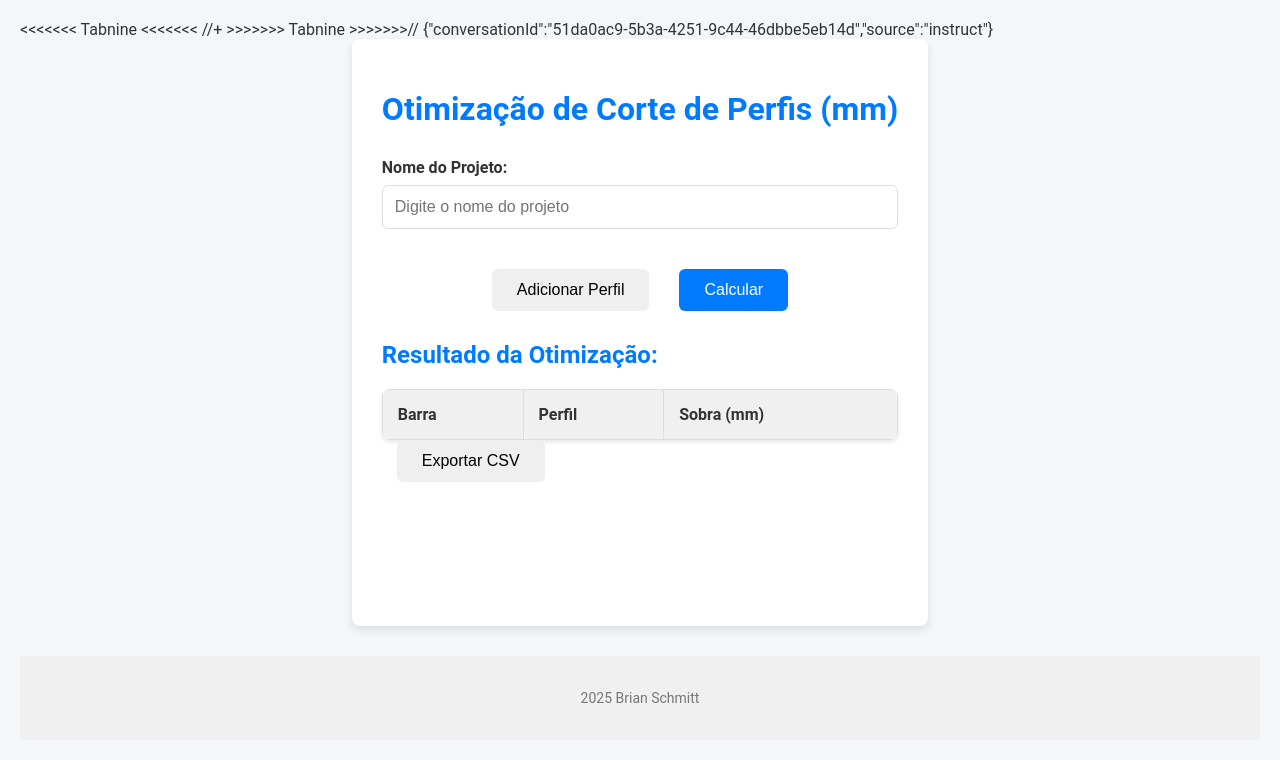
Repository: brianbebop/aqui
Page: index.html
These files come from the project's save history. The page is drawn as it stood at one moment and after the next save; the edit follows.
The browser window is 1280 px wide. The pictures show the whole page.

Above is the page before, as saved 2025-03-22 21:52:28.

### index.html
<!DOCTYPE html>
<<<<<<< Tabnine <<<<<<<

<html lang="pt">//+
>>>>>>> Tabnine >>>>>>>// {"conversationId":"51da0ac9-5b3a-4251-9c44-46dbbe5eb14d","source":"instruct"}
<head>
    <title>Otimização de Corte de Perfis (mm)</title>
    <meta charset="UTF-8">
    <meta name="viewport" content="width=device-width, initial-scale=1.0">
    <link rel="stylesheet" href="style.css">
</head>
<body>
    <div class="container">
        <h1 class="page-title">Otimização de Corte de Perfis (mm)</h1>
        <div class="project-info">
            <label for="nomeProjeto" class="form-label">Nome do Projeto:</label>
            <input type="text" id="nomeProjeto" class="form-input" placeholder="Digite o nome do projeto">
        </div>
        <div id="perfis" class="perfis-container">
            </div>
        <div class="button-container">
            <button id="adicionarPerfil" class="btn btn-add-perfil">Adicionar Perfil</button>
            <button id="calcular" class="btn btn-calculate">Calcular</button>
        </div>
        <div id="resultado" class="result-container">
            <h2 class="result-title">Resultado da Otimização:</h2>
            <table id="resumoBarras" class="result-table">
                <thead>
                    <tr>
                        <th class="table-header">Barra</th>
                        <th class="table-header">Perfil</th>
                        <th class="table-header">Sobra (mm)</th>
                    </tr>
                </thead>
                <tbody>
                    </tbody>
            </table>
            <button id="exportarCSV" class="btn btn-export">Exportar CSV</button>
        </div>
    </div>

    <footer class="footer">
        <p> 2025 Brian Schmitt</p>
    </footer>

    <script src="script.js"></script>
</body>
</html>

### style.css
:root {
    --primary-color: #007bff;
    --background-color: #f4f4f4;
    --text-color: #333;
    --border-color: #ddd;
}
/* Estilos gerais */
body {
    font-family: 'Roboto', sans-serif;
    margin: 0;
    padding: 20px;
    background-color: #f4f7f9;
    color: #333;
    display: flex;
    flex-direction: column;
    min-height: 100vh;
    margin: 0;
}

.container {
    max-width: 800px;
    margin: 0 auto;
    background-color: white;
    padding: 30px;
    border-radius: 8px;
    box-shadow: 0 4px 8px rgba(0, 0, 0, 0.1);
    flex-grow: 1;
}

.page-title {
    text-align: center;
    color: #007bff;
    margin-bottom: 30px;
}

.project-info {
    margin-bottom: 25px;
}

.form-label {
    display: block;
    margin-bottom: 8px;
    font-weight: 600;
}

.form-input {
    width: 100%;
    padding: 12px;
    border: 1px solid #ddd;
    border-radius: 6px;
    margin-bottom: 15px;
    box-sizing: border-box;
    font-size: 16px;
}

.perfis-container {
    margin-bottom: 25px;
}

.perfil {
    margin-bottom: 15px;
    display: flex;
    align-items: center;
    background-color: #f9f9f9;
    padding: 15px;
    border-radius: 6px;
}

.perfil label {
    margin-right: 15px;
    font-weight: 600;
}

.perfil input {
    flex-grow: 1;
    padding: 12px;
    border: 1px solid #ddd;
    border-radius: 6px;
    font-size: 16px;
}

.button-container {
    display: flex;
    justify-content: center;
    margin-bottom: 30px;
}

.btn {
    padding: 12px 25px;
    border: none;
    border-radius: 6px;
    cursor: pointer;
    margin: 0 15px;
    font-size: 16px;
    transition: background-color 0.3s ease;
}

.btn-calculate {
    background-color: #007bff;
    color: white;
}

.btn-calculate:hover {
    background-color: #0056b3;
}

.result-container {
    margin-top: 30px;
}

.result-title {
    font-size: 24px;
    margin-bottom: 20px;
    color: #007bff;
}

.result-table {
    width: 100%;
    border-collapse: collapse;
    border-radius: 8px;
    overflow: hidden;
    box-shadow: 0 2px 4px rgba(0, 0, 0, 0.1);
}

.table-header,
.result-table td {
    border: 1px solid #ddd;
    padding: 15px;
    text-align: left;
}

.table-header {
    background-color: #f0f0f0;
    font-weight: 600;
}

/* Estilos responsivos */
@media (max-width: 600px) {
    .perfil {
        flex-direction: column;
        align-items: stretch;
    }

    .perfil label {
        margin-right: 0;
        margin-bottom: 8px;
    }

    .button-container {
        flex-direction: column;
        align-items: center;
    }

    .btn {
        margin: 8px 0;
        width: 100%;
    }

    .table-header,
    .result-table td {
        font-size: 14px;
    }
}

.remover-perfil {
    background-color: #e91e63; /* Cor de fundo semelhante ao botão "Calcular" */
    color: white;
    border: none;
    padding: 8px 16px;
    border-radius: 4px;
    cursor: pointer;
    font-size: 14px;
    transition: background-color 0.3s ease;
}

.remover-perfil:hover {
    background-color: #c2185b; /* Cor de fundo mais escura no hover */
}
.footer {
    text-align: center;
    padding: 20px;
    background-color: #f0f0f0;
    margin-top: 30px;
    font-size: 14px;
    color: #777;

}
div:empty,
p:empty {
    display: none;
}

### script.js
const perfisDiv = document.getElementById('perfis');
const adicionarPerfilButton = document.getElementById('adicionarPerfil');
const calcularButton = document.getElementById('calcular');
const resultadoDiv = document.getElementById('resultado');
const resumoBarrasTabela = document.getElementById('resumoBarras').getElementsByTagName('tbody')[0];
const nomeProjetoInput = document.getElementById('nomeProjeto');
const exportarCSVButton = document.getElementById('exportarCSV');

let perfis = [];
let contadorPerfil = 0;

function calcularOtimizacao() {
    const tamanhoBarra = 6000;
    const perfisComTamanho = perfis
        .filter(perfil => perfil.input.value !== '') // Ignora perfis com valor vazio
        .map(perfil => ({
            id: perfil.id,
            tamanho: parseInt(perfil.input.value)
        }));

    // Função para encontrar a melhor combinação de perfis para uma barra
    function encontrarMelhorCombinacao(perfisRestantes, espacoLivre) {
        let melhorCombinacao = { perfis: [], sobra: espacoLivre };

        function combinar(combinacaoAtual, sobraAtual, indiceAtual) {
            if (sobraAtual < melhorCombinacao.sobra) {
                melhorCombinacao = { perfis: combinacaoAtual, sobra: sobraAtual };
            }

            if (indiceAtual < perfisRestantes.length) {
                const perfilAtual = perfisRestantes[indiceAtual];
                if (sobraAtual >= perfilAtual.tamanho) {
                    combinar(
                        [...combinacaoAtual, perfilAtual],
                        sobraAtual - perfilAtual.tamanho,
                        indiceAtual + 1
                    );
                }
                combinar(combinacaoAtual, sobraAtual, indiceAtual + 1);
            }
        }

        combinar([], espacoLivre, 0);
        return melhorCombinacao;
    }

    // Algoritmo de otimização

    const barras = [];
    let perfisRestantes = [...perfisComTamanho];
    while (perfisRestantes.length > 0) {
        const perfilAtual = perfisRestantes[0];
        if (perfilAtual.tamanho > tamanhoBarra) {
            // Divide o perfil em múltiplas barras
            const quantidadeBarras = Math.ceil(perfilAtual.tamanho / tamanhoBarra);
            for (let i = 0; i < quantidadeBarras; i++) {
                const tamanhoBarraAtual = Math.min(tamanhoBarra, perfilAtual.tamanho - i * tamanhoBarra);
                const barraAtual = { perfis: [{ ...perfilAtual, tamanho: tamanhoBarraAtual }], espacoLivre: tamanhoBarra - tamanhoBarraAtual };
                barras.push(barraAtual);

                // Tenta otimizar o espaço restante na barra atual
                if (barraAtual.espacoLivre > 0) {
                    const melhorCombinacao = encontrarMelhorCombinacao(perfisRestantes.filter(p => p !== perfilAtual), barraAtual.espacoLivre);
                    if (melhorCombinacao.perfis.length > 0) {
                        barraAtual.perfis = [...barraAtual.perfis, ...melhorCombinacao.perfis];
                        barraAtual.espacoLivre = melhorCombinacao.sobra;

                        // Remove os perfis utilizados da lista perfisRestantes
                        melhorCombinacao.perfis.forEach(perfilUsado => {
                            perfisRestantes = perfisRestantes.filter(perfil => perfil.id !== perfilUsado.id);
                        });
                    }
                }
            }
            perfisRestantes.shift(); // Remove o perfil dividido
        } else {
            // Encontra a melhor combinação para a barra
            const melhorCombinacao = encontrarMelhorCombinacao(perfisRestantes, tamanhoBarra);
            barras.push({ perfis: melhorCombinacao.perfis, espacoLivre: melhorCombinacao.sobra });
            perfisRestantes = perfisRestantes.filter(
                perfil => !melhorCombinacao.perfis.includes(perfil)
            );
        }
    }

    // Exibe o resultado na tabela
    resumoBarrasTabela.innerHTML = ''; // Limpa a tabela
    barras.forEach((barra, index) => {
        const novaLinha = resumoBarrasTabela.insertRow();
        const colunaBarra = novaLinha.insertCell(0);
        const colunaPerfis = novaLinha.insertCell(1);
        const colunaSobra = novaLinha.insertCell(2);

        colunaBarra.textContent = `Barra ${index + 1}`;
        colunaPerfis.textContent = barra.perfis.map(perfil => `${perfil.id} (${perfil.tamanho}mm)`).join(', ');
        colunaSobra.textContent = `${barra.espacoLivre} mm`;
    });

    // Exibe o nome do projeto
    const nomeProjeto = nomeProjetoInput.value;
    if (nomeProjeto) {
        document.querySelector('h1').textContent = `Otimização de Corte de Perfis (mm) - ${nomeProjeto}`;
    } else {
        document.querySelector('h1').textContent = `Otimização de Corte de Perfis (mm)`;
    }
}

adicionarPerfilButton.addEventListener('click', () => {
    const perfilId = String.fromCharCode(65 + contadorPerfil);
    const perfilDiv = document.createElement('div');
    perfilDiv.classList.add('perfil');
    perfilDiv.innerHTML = `
        <label for="perfil-${perfilId}">Perfil ${perfilId} (mm):</label>
        <input type="number" id="perfil-${perfilId}" placeholder="Tamanho (mm)">
        <button class="remover-perfil">Remover</button>
    `;
    perfisDiv.appendChild(perfilDiv);
    perfis.push({ id: perfilId, input: perfilDiv.querySelector('input') });
    contadorPerfil++;

    // Adiciona o evento de clique para o botão "Remover"
    const removerButton = perfilDiv.querySelector('.remover-perfil');
    removerButton.addEventListener('click', () => {
        perfis = perfis.filter(perfil => perfil.id !== perfilId);
        perfilDiv.remove();
        calcularOtimizacao(); // Recalcula automaticamente após remover o perfil
    });
});

calcularButton.addEventListener('click', () => {
    calcularOtimizacao();
});



exportarCSVButton.addEventListener('click', () => {
    const nomeProjeto = nomeProjetoInput.value || 'Otimizacao_Corte_Perfis';
    const nomeArquivo = `${nomeProjeto}.csv`;

    let csvContent = 'Barra,Perfis,Sobra (mm)\r\n'; // Cabeçalho CSV
    const linhasTabela = resumoBarrasTabela.rows;
    for (let i = 0; i < linhasTabela.length; i++) {
        const linha = linhasTabela[i];
        const colunas = linha.cells;
        const linhaCSV = `${colunas[0].textContent},"${colunas[1].textContent}",${colunas[2].textContent}\r\n`;
        csvContent += linhaCSV;
    }

    const blob = new Blob([csvContent], { type: 'text/csv;charset=utf-8;' });
    const link = document.createElement('a');
    if (navigator.msSaveBlob) { // IE 10+
        navigator.msSaveBlob(blob, nomeArquivo);
    } else {
        const url = URL.createObjectURL(blob);
        link.href = url;
        link.setAttribute('download', nomeArquivo);
        link.style.visibility = 'hidden';
        document.body.appendChild(link);
        link.click();
        document.body.removeChild(link);
    }
});

After the next save:
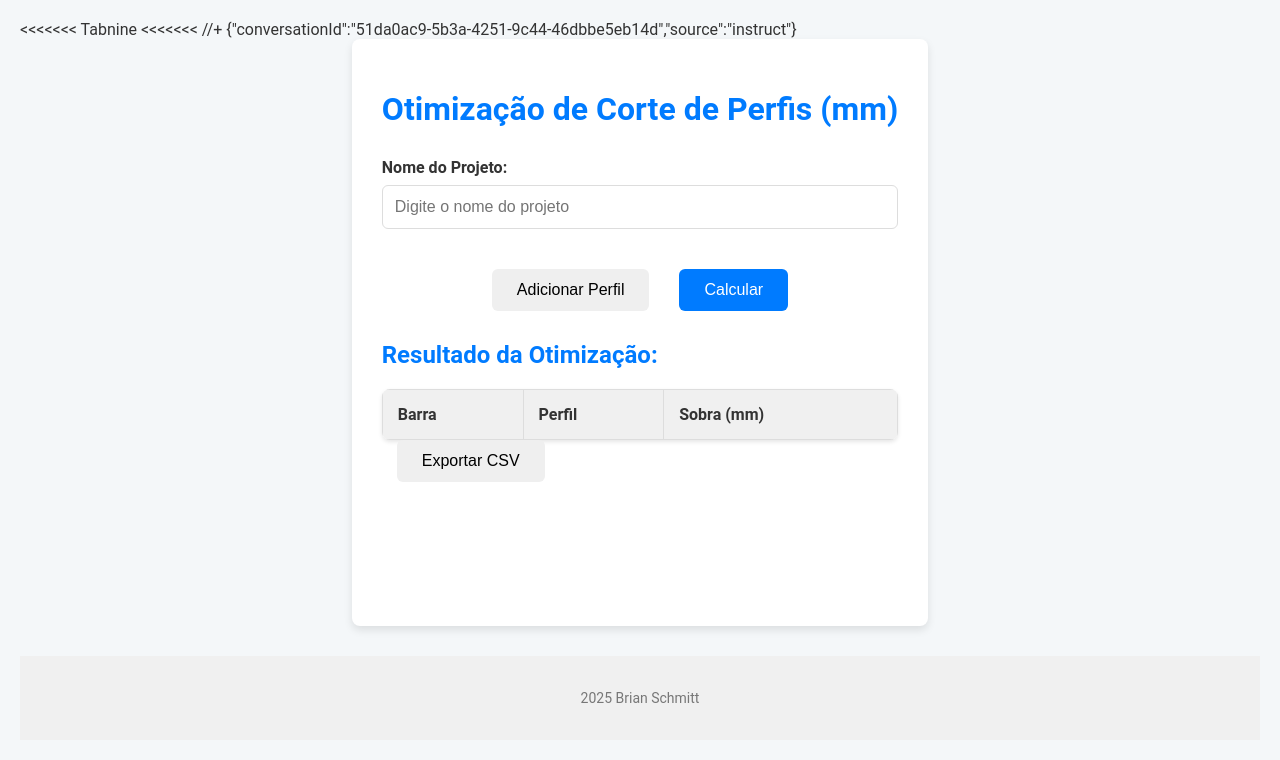
Saved 4 s later.
--- a/index.html
+++ b/index.html
@@ -2,7 +2,7 @@
 <<<<<<< Tabnine <<<<<<<
 
 <html lang="pt">//+
->>>>>>> Tabnine >>>>>>>// {"conversationId":"51da0ac9-5b3a-4251-9c44-46dbbe5eb14d","source":"instruct"}
+{"conversationId":"51da0ac9-5b3a-4251-9c44-46dbbe5eb14d","source":"instruct"}
 <head>
     <title>Otimização de Corte de Perfis (mm)</title>
     <meta charset="UTF-8">
